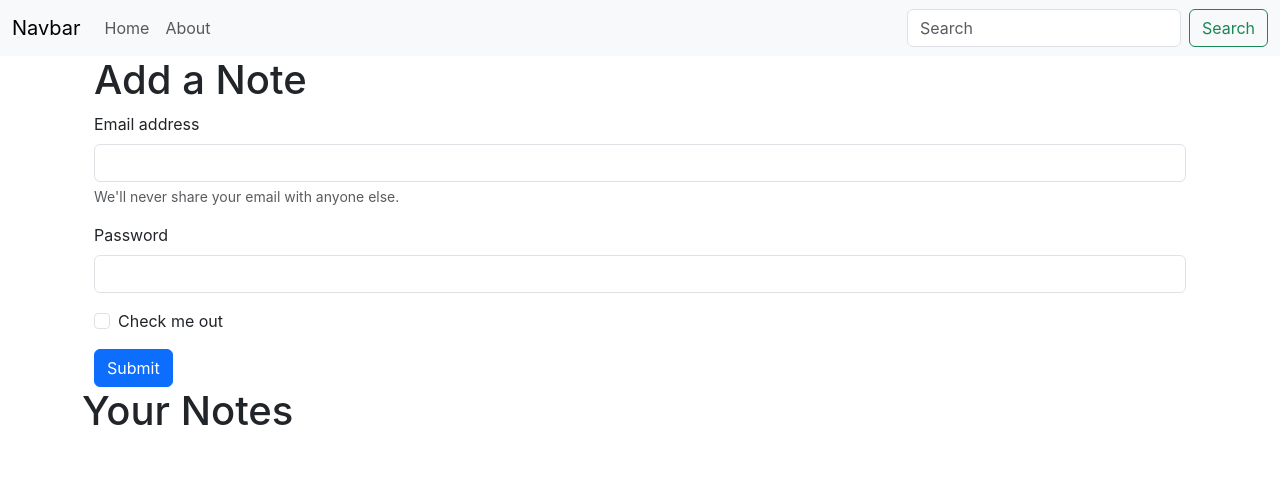
Repository: bhaveshdaipuria/inotebook
Page: /home
An editor plug-in stored every save of this project. The page is shown before and after the next save, followed by the edit.
The browser window is 1280 px wide. The pictures show the whole page.
The project was rebuilt for these pictures with package versions that can differ from the ones it lists, and the page was loaded fresh each time. Also part of the build but not shown: src/App.css, src/components/About.js.

Above is the page before, as saved 2023-05-03 12:19:53.

### public/index.html
<!DOCTYPE html>
<html lang="en">
  <head>
    <meta charset="utf-8" />
    <link rel="icon" href="%PUBLIC_URL%/favicon.ico" />
    <meta name="viewport" content="width=device-width, initial-scale=1" />
    <meta name="theme-color" content="#000000" />
    <meta
      name="description"
      content="Web site created using create-react-app"
    />
    <link rel="apple-touch-icon" href="%PUBLIC_URL%/logo192.png" />
    <link href="https://cdn.jsdelivr.net/npm/bootstrap@5.3.0-alpha3/dist/css/bootstrap.min.css" rel="stylesheet" integrity="sha384-KK94CHFLLe+nY2dmCWGMq91rCGa5gtU4mk92HdvYe+M/SXH301p5ILy+dN9+nJOZ" crossorigin="anonymous">
    <!--
      manifest.json provides metadata used when your web app is installed on a
      user's mobile device or desktop. See https://developers.google.com/web/fundamentals/web-app-manifest/
    -->
    <link rel="manifest" href="%PUBLIC_URL%/manifest.json" />
    <!--
      Notice the use of %PUBLIC_URL% in the tags above.
      It will be replaced with the URL of the `public` folder during the build.
      Only files inside the `public` folder can be referenced from the HTML.

      Unlike "/favicon.ico" or "favicon.ico", "%PUBLIC_URL%/favicon.ico" will
      work correctly both with client-side routing and a non-root public URL.
      Learn how to configure a non-root public URL by running `npm run build`.
    -->
    <title>iNotebook</title>
  </head>
  <body>
    <noscript>You need to enable JavaScript to run this app.</noscript>
    <div id="root"></div>
    <!--
      This HTML file is a template.
      If you open it directly in the browser, you will see an empty page.

      You can add webfonts, meta tags, or analytics to this file.
      The build step will place the bundled scripts into the <body> tag.

      To begin the development, run `npm start` or `yarn start`.
      To create a production bundle, use `npm run build` or `yarn build`.
    -->
  </body>
  <script src="https://cdn.jsdelivr.net/npm/bootstrap@5.3.0-alpha3/dist/js/bootstrap.bundle.min.js" integrity="sha384-ENjdO4Dr2bkBIFxQpeoTz1HIcje39Wm4jDKdf19U8gI4ddQ3GYNS7NTKfAdVQSZe" crossorigin="anonymous"></script>
</html>

### src/App.js
import './App.css';
import Navbar from './components/Navbar';
import Home  from './components/Home';
import { BrowserRouter, Routes, Route } from 'react-router-dom';
import About from './components/About';
import NoteState from './context/notes/NoteState';

function App() {
  return (
    <>
    <NoteState>
    <BrowserRouter>
    <Navbar/>
    <div className='container'>
      <Routes>
      <Route exact path = '/home' element={<Home/>}/>
      <Route exact path = '/about' element={<About/>}/>
    </Routes>
    </div>
    </BrowserRouter>
    </NoteState>
    </>
  );
}

export default App;

### src/components/Navbar.js
import React, { useEffect } from "react";
import { Link, useLocation } from "react-router-dom";

function Navbar() {
  let location = useLocation();
  useEffect(()=>{
    console.log(location.pathname)
  }, [location]);
  return (
    <nav className="navbar navbar-expand-lg bg-body-tertiary">
      <div className="container-fluid">
        <Link className="navbar-brand" to="/">
          Navbar
        </Link>
        <button
          className="navbar-toggler"
          type="button"
          data-bs-toggle="collapse"
          data-bs-target="#navbarSupportedContent"
          _aria-controls="navbarSupportedContent"
          aria-expanded="false"
          aria-label="Toggle navigation"
        >
          <span className="navbar-toggler-icon"></span>
        </button>
        <div className="collapse navbar-collapse" id="navbarSupportedContent">
          <ul className="navbar-nav me-auto mb-2 mb-lg-0">
            <li className="nav-item">
              <Link className={`nav-link ${location.pathname === '/'?"active":""}`} aria-current="page" to="/home">
                Home
              </Link>
            </li>
            <li className="nav-item">
              <Link className={`nav-link ${location.pathname === '/about'?"active":""}`} to="/about">
                About
              </Link>
            </li>
          </ul>
          <form className="d-flex" role="search">
            <input
              className="form-control me-2"
              type="search"
              placeholder="Search"
              aria-label="Search"
            />
            <button className="btn btn-outline-success" type="submit">
              Search
            </button>
          </form>
        </div>
      </div>
    </nav>
  );
}

export default Navbar;

### src/components/Home.js
import React from 'react'

function Home() {
  return (
    <div>
    <div className='container'>
    <h1>Add a Note</h1>
    <form>
  <div className="mb-3">
    <label for="exampleInputEmail1" className="form-label">Email address</label>
    <input type="email" className="form-control" id="exampleInputEmail1" aria-describedby="emailHelp"/>
    <div id="emailHelp" className="form-text">We'll never share your email with anyone else.</div>
  </div>
  <div className="mb-3">
    <label for="exampleInputPassword1" className="form-label">Password</label>
    <input type="password" className="form-control" id="exampleInputPassword1"/>
  </div>
  <div className="mb-3 form-check">
    <input type="checkbox" className="form-check-input" id="exampleCheck1"/>
    <label className="form-check-label" for="exampleCheck1">Check me out</label>
  </div>
  <button type="submit" className="btn btn-primary">Submit</button>
</form>
</div>
    <h1>Your Notes</h1>
    </div>
  )
}

export default Home;

### src/context/notes/NoteState.js
import NoteContext from "./noteContext";
import { useState } from "react";

const  NoteState = (props)=>{

    return(
        <NoteContext.Provider value={{}}>
            {props.children}
        </NoteContext.Provider>
    )
}

export default NoteState;

Loaded but not shown: src/index.js (common file); src/index.css (common file); src/context/notes/noteContext.js (common file)

After the next save:
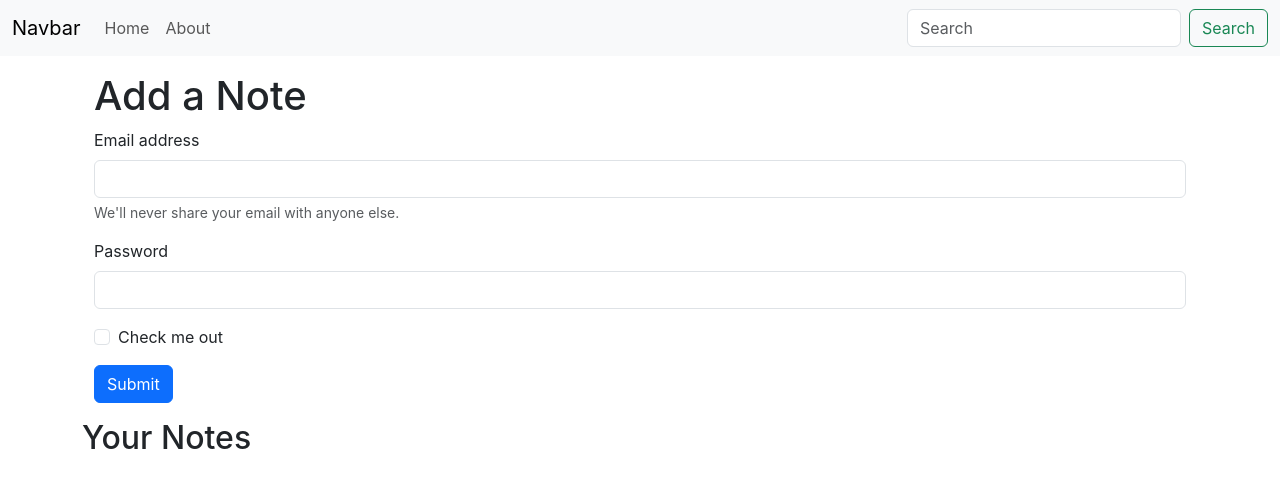
Saved 33 s later.
--- a/src/components/Home.js
+++ b/src/components/Home.js
@@ -3,7 +3,7 @@ import React from 'react'
 function Home() {
   return (
     <div>
-    <div className='container'>
+    <div className='container my-3'>
     <h1>Add a Note</h1>
     <form>
   <div className="mb-3">
@@ -22,7 +22,7 @@ function Home() {
   <button type="submit" className="btn btn-primary">Submit</button>
 </form>
 </div>
-    <h1>Your Notes</h1>
+    <h2>Your Notes</h2>
     </div>
   )
 }
